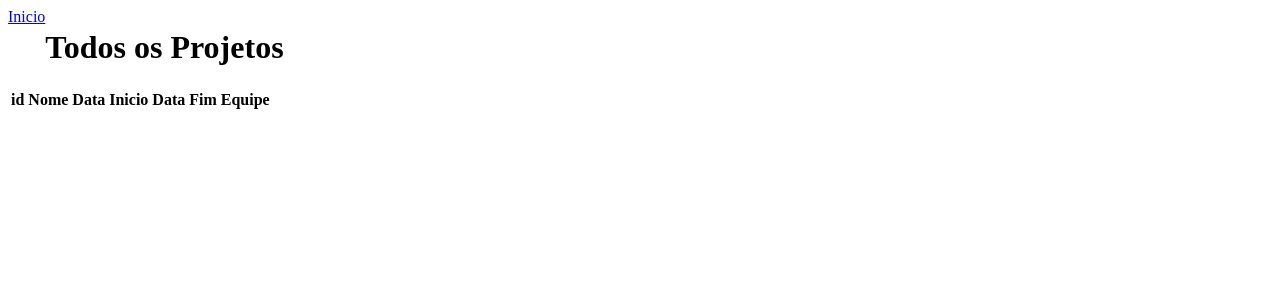
Repository: OmagnetFirel/basico-javaweb
Page: http://localhost/DEVManager/ListarTodosProjetos?np=/listarProjetos.jsp
These files come from the project's save history. The page is drawn as it stood at one moment and after the next save; the edit follows.
The browser window is 1280 px wide. The pictures show the whole page.
The page is served by Tomcat 9. Queries for data that is not in the repository find no rows.

Above is the page before, as saved 2023-04-23 17:57:48.

After the next save:
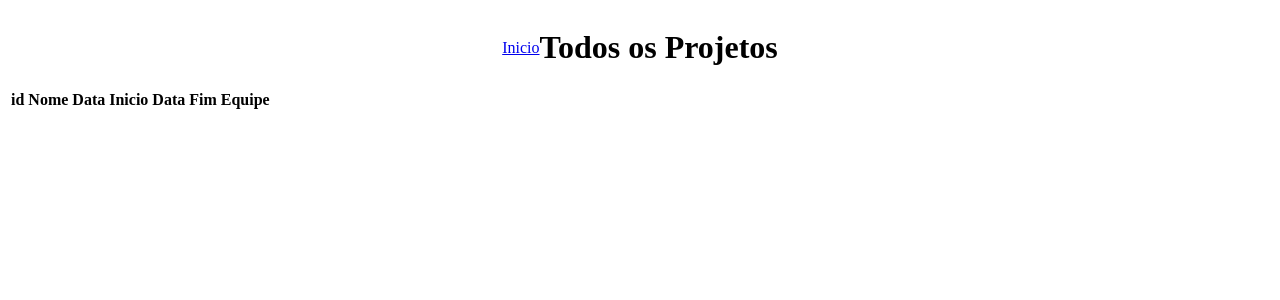
Saved 27 s later.
--- a/DEVManager/src/main/webapp/listarProjetos.jsp
+++ b/DEVManager/src/main/webapp/listarProjetos.jsp
@@ -8,7 +8,7 @@
 <title>DM - Todos os projetos</title>
 </head>
 <body>
-	<div style="display:flex">
+	<div style="display:flex; justify-content:center; align-items:center;">
 		<a href="/index.html">Inicio</a>
 		<h1>Todos os Projetos</h1>
 	</div>
